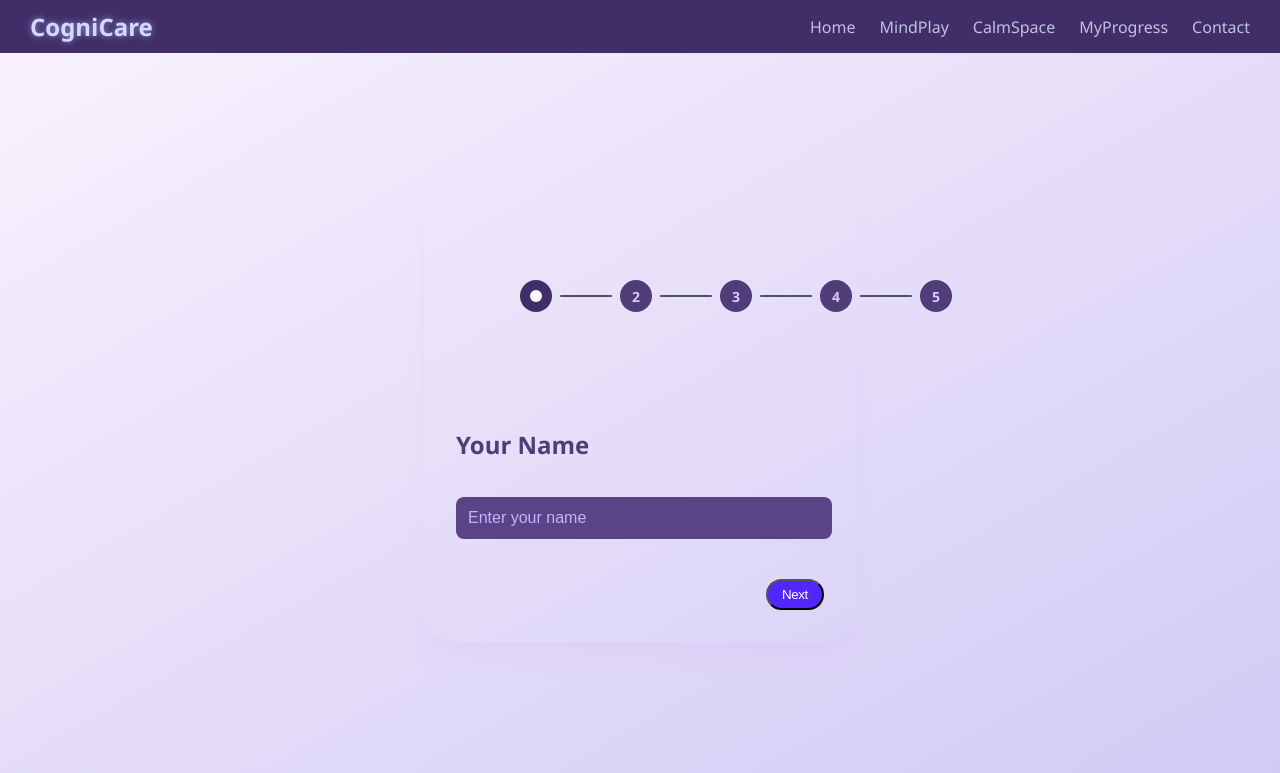
Repository: rujularaut/CogniCare
Page: /signup
These files come from the project's save history. The page is drawn as it stood at one moment and after the next save; the edit follows.
The browser window is 1280 px wide. The pictures show the whole page.
The project was rebuilt for these pictures with package versions that can differ from the ones it lists, and the page was loaded fresh each time. Also part of the build but not shown: src/components/Welcome.css, src/components/Welcome.js, src/components/Particles.css, src/components/Particles.js, src/components/Meditation.css, src/components/Meditation.js, src/components/Signup.css, src/components/Signup.js and 2 more.

Above is the page before, as saved 2025-06-24 14:50:22.

### src/App.js
import React from 'react';
import { BrowserRouter as Router, Routes, Route } from 'react-router-dom';
import './App.css';
import Welcome from './components/Welcome';
import Meditation from './components/Meditation';
import Signup from './components/Signup'; // ✅ Confirm this file exists
import Login from './components/Login';
import SignupStepper from './components/SignupStepper';

function App() {
  return (
    <Router>
      <div className="App">
        <nav>
          <div className="logo">CogniCare</div>
          <ul>
            <li><a href="/">Home</a></li>
            <li><a href="#">MindPlay</a></li>
            <li><a href="#">CalmSpace</a></li>
            <li><a href="#">MyProgress</a></li>
            <li><a href="#">Contact</a></li>
          </ul>
        </nav>

        <Routes>
          <Route path="/" element={
            <>
              <header>
                <h1>Welcome to CogniCare</h1>
                <p>Your mental health companion</p>
              </header>
              <Welcome />
              <Meditation />
            </>
          } />
          <Route path="/signup" element={<SignupStepper />} />
          <Route path="/signup" element={<Signup />} />
          <Route path="/login" element={<Login />} />
        </Routes>
      </div>
    </Router>
  );
}

export default App;

### src/App.css
body {
  margin: 0;
  padding: 0;
  font-family: 'Segoe UI', sans-serif;
  background-color: #0a001a;
  color: #d6d8ff;
}

nav {
  background-color: #412e69;
  color: #d6d8ff;
  display: flex;
  justify-content: space-between;
  align-items: center;
  padding: 10px 30px;
  box-shadow: 0 0 15px #a9b0ff20;
}

.logo {
  font-size: 24px;
  font-weight: bold;
  color: #d6d8ff;
  text-shadow: 0 0 6px #8b92d7;
}

nav ul {
  list-style: none;
  display: flex;
  gap: 24px;
  margin: 0;
  padding: 0;
}

nav ul li a {
  text-decoration: none;
  color: #c0c2e0;
  font-weight: 500;
  transition: color 0.3s ease;
}

nav ul li a:hover {
  color: #f7c258;
  text-shadow: 0 0 6px #a9b0ff;
}

header {
  background-color: #513c7a;
  padding: 5px;
  text-align: center;
  border-bottom: 6px solid #25003e;
}

h1 {
  margin-bottom: 10px;
  font-size: 45px;
  color: #d6d8ff;
  text-shadow: 0 0 10px #6c72ac;
}

p {
  font-size: 17px;
  color: #d6d8ff;
}

### src/components/SignupStepper.js
import React, { useState } from 'react';
import Stepper, { Step } from './Stepper';
import './SignupStepper.css';

const SignupStepper = () => {
  const [formData, setFormData] = useState({
    name: '',
    age: '',
    email: '',
    password: '',
  });

  const handleChange = (e) => {
    setFormData((prev) => ({ ...prev, [e.target.name]: e.target.value }));
  };

  return (
    <div className="signup-container">
      <Stepper
        initialStep={1}
        onFinalStepCompleted={() => console.log('Form complete', formData)}
        nextButtonText="Next"
        backButtonText="Back"
      >
        <Step>
          <h2>Your Name</h2>
          <input
            name="name"
            type="text"
            placeholder="Enter your name"
            value={formData.name}
            onChange={handleChange}
            required
          />
        </Step>
        <Step>
          <h2>Your Age</h2>
          <input
            name="age"
            type="number"
            placeholder="Enter your age"
            value={formData.age}
            onChange={handleChange}
            required
          />
        </Step>
        <Step>
          <h2>Email ID</h2>
          <input
            name="email"
            type="email"
            placeholder="Enter your email"
            value={formData.email}
            onChange={handleChange}
            required
          />
        </Step>
        <Step>
          <h2>Create Password</h2>
          <input
            name="password"
            type="password"
            placeholder="Create password"
            value={formData.password}
            onChange={handleChange}
            required
          />
        </Step>
        <Step>
          <h2>All Set!</h2>
          <p>Welcome, {formData.name} 🎉</p>
          <p>Already have an account? <a href="/login">Login here</a></p>
        </Step>
      </Stepper>
    </div>
  );
};

export default SignupStepper;

### src/components/Stepper.jsx
import React, { useState, Children, useRef, useLayoutEffect } from "react";
import { motion, AnimatePresence } from "framer-motion";

import "./Stepper.css";

export default function Stepper({
  children,
  initialStep = 1,
  onStepChange = () => { },
  onFinalStepCompleted = () => { },
  stepCircleContainerClassName = "",
  stepContainerClassName = "",
  contentClassName = "",
  footerClassName = "",
  backButtonProps = {},
  nextButtonProps = {},
  backButtonText = "Back",
  nextButtonText = "Continue",
  disableStepIndicators = false,
  renderStepIndicator,
  ...rest
}) {
  const [currentStep, setCurrentStep] = useState(initialStep);
  const [direction, setDirection] = useState(0);
  const stepsArray = Children.toArray(children);
  const totalSteps = stepsArray.length;
  const isCompleted = currentStep > totalSteps;
  const isLastStep = currentStep === totalSteps;

  const updateStep = (newStep) => {
    setCurrentStep(newStep);
    if (newStep > totalSteps) {
      onFinalStepCompleted();
    } else {
      onStepChange(newStep);
    }
  };

  const handleBack = () => {
    if (currentStep > 1) {
      setDirection(-1);
      updateStep(currentStep - 1);
    }
  };

  const handleNext = () => {
    if (!isLastStep) {
      setDirection(1);
      updateStep(currentStep + 1);
    }
  };

  const handleComplete = () => {
    setDirection(1);
    updateStep(totalSteps + 1);
  };

  return (
    <div className="outer-container" {...rest}>
      <div className={`step-circle-container ${stepCircleContainerClassName}`}>
        <div className={`step-indicator-row ${stepContainerClassName}`}>
          {stepsArray.map((_, index) => {
            const stepNumber = index + 1;
            const isNotLastStep = index < totalSteps - 1;
            return (
              <React.Fragment key={stepNumber}>
                {renderStepIndicator ? (
                  renderStepIndicator({
                    step: stepNumber,
                    currentStep,
                    onStepClick: (clicked) => {
                      setDirection(clicked > currentStep ? 1 : -1);
                      updateStep(clicked);
                    },
                  })
                ) : (
                  <StepIndicator
                    step={stepNumber}
                    disableStepIndicators={disableStepIndicators}
                    currentStep={currentStep}
                    onClickStep={(clicked) => {
                      setDirection(clicked > currentStep ? 1 : -1);
                      updateStep(clicked);
                    }}
                  />
                )}
                {isNotLastStep && (
                  <StepConnector isComplete={currentStep > stepNumber} />
                )}
              </React.Fragment>
            );
          })}
        </div>

        <StepContentWrapper
          isCompleted={isCompleted}
          currentStep={currentStep}
          direction={direction}
          className={`step-content-default ${contentClassName}`}
        >
          {stepsArray[currentStep - 1]}
        </StepContentWrapper>

        {!isCompleted && (
          <div className={`footer-container ${footerClassName}`}>
            <div className={`footer-nav ${currentStep !== 1 ? "spread" : "end"}`}>
              {currentStep !== 1 && (
                <button
                  onClick={handleBack}
                  className={`back-button ${currentStep === 1 ? "inactive" : ""}`}
                  {...backButtonProps}
                >
                  {backButtonText}
                </button>
              )}
              <button
                onClick={isLastStep ? handleComplete : handleNext}
                className="next-button"
                {...nextButtonProps}
              >
                {isLastStep ? "Complete" : nextButtonText}
              </button>
            </div>
          </div>
        )}
      </div>
    </div>
  );
}

function StepContentWrapper({ isCompleted, currentStep, direction, children, className }) {
  const [parentHeight, setParentHeight] = useState(0);

  return (
    <motion.div
      className={className}
      style={{ position: "relative", overflow: "hidden" }}
      animate={{ height: isCompleted ? 0 : parentHeight }}
      transition={{ type: "spring", duration: 0.4 }}
    >
      <AnimatePresence initial={false} mode="sync" custom={direction}>
        {!isCompleted && (
          <SlideTransition key={currentStep} direction={direction} onHeightReady={(h) => setParentHeight(h)}>
            {children}
          </SlideTransition>
        )}
      </AnimatePresence>
    </motion.div>
  );
}

function SlideTransition({ children, direction, onHeightReady }) {
  const containerRef = useRef(null);

  useLayoutEffect(() => {
    if (containerRef.current) onHeightReady(containerRef.current.offsetHeight);
  }, [children, onHeightReady]);

  return (
    <motion.div
      ref={containerRef}
      custom={direction}
      variants={stepVariants}
      initial="enter"
      animate="center"
      exit="exit"
      transition={{ duration: 0.4 }}
      style={{ position: "absolute", left: 0, right: 0, top: 0 }}
    >
      {children}
    </motion.div>
  );
}

const stepVariants = {
  enter: (dir) => ({
    x: dir >= 0 ? "-100%" : "100%",
    opacity: 0,
  }),
  center: {
    x: "0%",
    opacity: 1,
  },
  exit: (dir) => ({
    x: dir >= 0 ? "50%" : "-50%",
    opacity: 0,
  }),
};

export function Step({ children }) {
  return <div className="step-default">{children}</div>;
}

function StepIndicator({ step, currentStep, onClickStep, disableStepIndicators }) {
  const status = currentStep === step ? "active" : currentStep < step ? "inactive" : "complete";

  const handleClick = () => {
    if (step !== currentStep && !disableStepIndicators) onClickStep(step);
  };

  return (
    <motion.div onClick={handleClick} className="step-indicator" animate={status} initial={false}>
      <motion.div
        variants={{
          inactive: { scale: 1, backgroundColor: "#513c7a", color: "#d7cbf9" },
          active: { scale: 1, backgroundColor: "#412e69", color: "#d7cbf9" },
          complete: { scale: 1, backgroundColor: "#412e69", color: "#d7cbf9" },
        }}
        transition={{ duration: 0.3 }}
        className="step-indicator-inner"
      >
        {status === "complete" ? (
          <CheckIcon className="check-icon" />
        ) : status === "active" ? (
          <div className="active-dot" />
        ) : (
          <span className="step-number">{step}</span>
        )}
      </motion.div>
    </motion.div>
  );
}

function StepConnector({ isComplete }) {
  const lineVariants = {
    incomplete: { width: 0, backgroundColor: "transparent" },
    complete: { width: "100%", backgroundColor: "#5227FF" },
  };

  return (
    <div className="step-connector">
      <motion.div
        className="step-connector-inner"
        variants={lineVariants}
        initial={false}
        animate={isComplete ? "complete" : "incomplete"}
        transition={{ duration: 0.4 }}
      />
    </div>
  );
}

function CheckIcon(props) {
  return (
    <svg {...props} fill="none" stroke="currentColor" strokeWidth={2} viewBox="0 0 24 24">
      <motion.path
        initial={{ pathLength: 0 }}
        animate={{ pathLength: 1 }}
        transition={{ delay: 0.1, type: "tween", ease: "easeOut", duration: 0.3 }}
        strokeLinecap="round"
        strokeLinejoin="round"
        d="M5 13l4 4L19 7"
      />
    </svg>
  );
}

### src/components/SignupStepper.css
.signup-container {
background: linear-gradient(to bottom right, #f8f1fd, #d2caf4);
  color: #513c7a;
  min-height: 100vh;
  display: flex;
  justify-content: center;
  align-items: center;
}

input {
  width: 100%;
  padding: 12px;
  margin-top: 1em;
  border-radius: 8px;
  border: none;
  font-size: 16px;
  background-color: #5a4386;
  color: #d7cbf9;
}

input::placeholder {
  color: #cab0ff;
}

### src/components/Stepper.css
.outer-container {
  display: flex;
  min-height: 100%;
  flex: 1 1 0%;
  flex-direction: column;
  align-items: center;
  justify-content: center;
  padding: 1rem;
}

@media (min-width: 640px) {
  .outer-container {
    aspect-ratio: 4 / 3;
  }
}

@media (min-width: 768px) {
  .outer-container {
    aspect-ratio: 2 / 1;
  }
}

.step-circle-container {
  margin-left: auto;
  margin-right: auto;
  width: 100%;
  max-width: 27rem;
  border-radius: 2rem;
  box-shadow: 0 20px 25px -5px rgba(207, 178, 246, 0.1),
    0 10px 10px -5px rgba(193, 176, 247, 0.04);
}

.step-indicator-row {
  display: flex;
  width: 100%;
  align-items: center;
  padding: 6rem;
}

.step-content-default {
  position: relative;
  overflow: hidden;
}

.step-default {
  padding-left: 2rem;
  padding-right: 3rem;
}

.footer-container {
  padding-left: 2rem;
  padding-right: 2rem;
  padding-bottom: 2rem;
}

.footer-nav {
  margin-top: 2.5rem;
  display: flex;
}

.footer-nav.spread {
  justify-content: space-between;
}

.footer-nav.end {
  justify-content: flex-end;
}

.back-button {
  transition: all 350ms;
  border-radius: 0.25rem;
  padding: 0.25rem 0.5rem;
  color: #a3a3a3;
  cursor: pointer;
}

.back-button:hover {
  color: #52525b;
}

.back-button.inactive {
  pointer-events: none;
  opacity: 0.5;
  color: #a3a3a3;
}

.next-button {
  transition: all 350ms;
  display: flex;
  align-items: center;
  justify-content: center;
  border-radius: 9999px;
  background-color: #5227FF;
  color: #fff;
  font-weight: 500;
  letter-spacing: -0.025em;
  padding: 0.375rem 0.875rem;
  cursor: pointer;
}

.next-button:hover {
  background-color: #5227FF;
}

.next-button:active {
  background-color: #5227FF;
}

.step-indicator {
  position: relative;
  cursor: pointer;
  outline: none;
}

.step-indicator-inner {
  display: flex;
  height: 2rem;
  width: 2rem;
  align-items: center;
  justify-content: center;
  border-radius: 9999px;
  font-weight: 600;
}

.active-dot {
  height: 0.75rem;
  width: 0.75rem;
  border-radius: 9999px;
  background-color: #fff;
}

.step-number {
  font-size: 0.875rem;
}

.step-connector {
  position: relative;
  margin-left: 0.5rem;
  margin-right: 0.5rem;
  height: 0.125rem;
  flex: 1;
  overflow: hidden;
  border-radius: 0.25rem;
  background-color: #52525b;
}

.step-connector-inner {
  position: absolute;
  left: 0;
  top: 0;
  height: 100%;
}

.check-icon {
  height: 1rem;
  width: 1rem;
  color: #fff;
}

Loaded but not shown: public/index.html (common file); src/index.js (common file); src/index.css (common file)

After the next save:
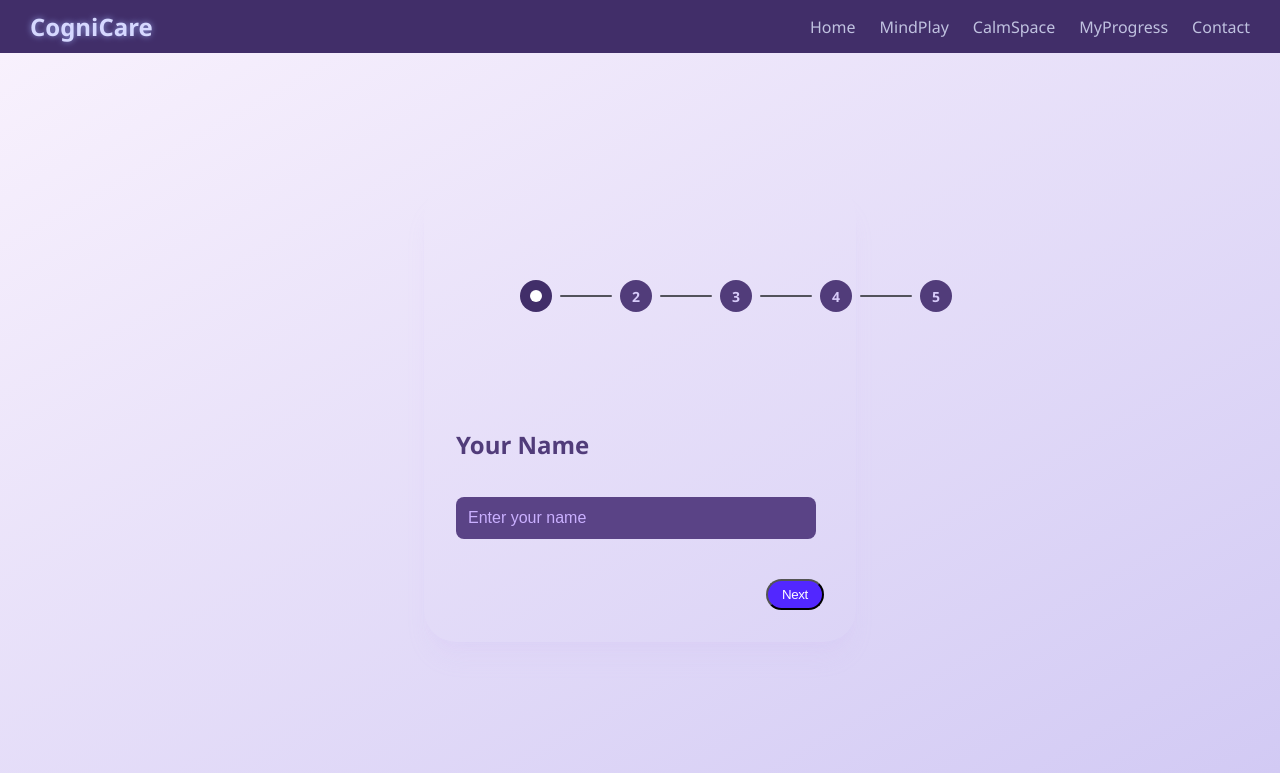
Saved 4 s later.
--- a/src/components/Stepper.css
+++ b/src/components/Stepper.css
@@ -44,7 +44,7 @@
 
 .step-default {
   padding-left: 2rem;
-  padding-right: 3rem;
+  padding-right: 4rem;
 }
 
 .footer-container {
